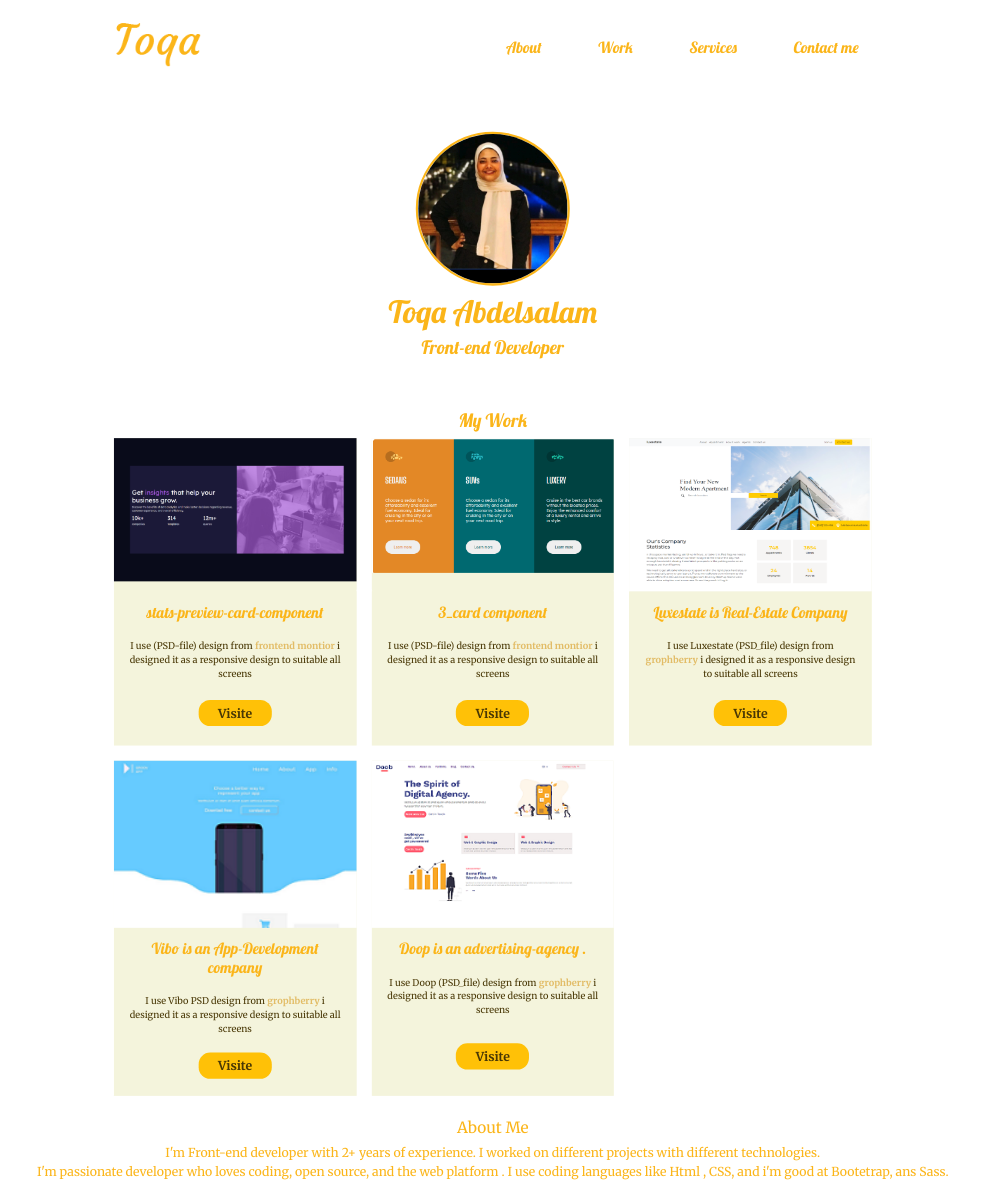
Repository: Toqa-25/portfolio
Page: index.html
The author's editor kept a copy of each file at every save. The page is drawn from the files as they stood at one save, then again after the next save.
The browser window is 1280 px wide. The pictures show the whole page, at 77% of full size.
Some web fonts or font styles are not loaded; a fallback is used.

Above is the page before, as saved 2021-11-01 01:14:54.

### index.html
<!DOCTYPE html>
<html lang="en">
<head>
    <meta charset="UTF-8">
    <meta http-equiv="X-UA-Compatible" content="IE=edge">
    <meta name="viewport" content="width=device-width, initial-scale=1.0">
    <title>Toqa Portfolio</title>
      <!-- bootstrap file -->
      <link rel="stylesheet" href="css/all.min.css">
      <link rel="stylesheet" href="css/bootstrap.css">
      <!-- css file -->
      <link rel="stylesheet" href="css/style.css">
      <!-- fonts -->
      <link rel="preconnect" href="https://fonts.googleapis.com">
<link rel="preconnect" href="https://fonts.gstatic.com" crossorigin>
<link href="https://fonts.googleapis.com/css2?family=Lobster&family=Otomanopee+One&display=swap" rel="stylesheet">
<link rel="preconnect" href="https://fonts.googleapis.com">
<link rel="preconnect" href="https://fonts.gstatic.com" crossorigin>
<link href="https://fonts.googleapis.com/css2?family=Merriweather:ital,wght@0,300;0,400;0,700;0,900;1,300;1,400;1,700;1,900&display=swap" rel="stylesheet">
<link rel="preconnect" href="https://fonts.googleapis.com">
<link rel="preconnect" href="https://fonts.gstatic.com" crossorigin>
<link href="https://fonts.googleapis.com/css2?family=Bebas+Neue&family=Oswald:wght@200;300;400;500;600;700&display=swap" rel="stylesheet">
<link rel="preconnect" href="https://fonts.googleapis.com">
<link rel="preconnect" href="https://fonts.gstatic.com" crossorigin>
<link href="https://fonts.googleapis.com/css2?family=Montserrat:wght@100;200;300;400;500;600;700;800;900&family=PT+Sans:ital,wght@0,400;0,700;1,700&family=Roboto:wght@100;300;400;500;700;900&display=swap" rel="stylesheet">
</head>
<body>
        <!-- header section -->
    <header class="pad">
       <div class="container">
         <div class="header-content">
           <div class="header-logo">
             <img src="images/logo.png" alt="logo">
           </div>
           <div class="bar">
             <svg xmlns="http://www.w3.org/2000/svg" width="35" height="35" fill="#fbb519" class="bi bi-list" viewBox="0 0 16 16">
               <path fill-rule="evenodd" d="M2.5 12a.5.5 0 0 1 .5-.5h10a.5.5 0 0 1 0 1H3a.5.5 0 0 1-.5-.5zm0-4a.5.5 0 0 1 .5-.5h10a.5.5 0 0 1 0 1H3a.5.5 0 0 1-.5-.5zm0-4a.5.5 0 0 1 .5-.5h10a.5.5 0 0 1 0 1H3a.5.5 0 0 1-.5-.5z"/>
             </svg>
              <ul class="hidden-list unlist list">
              <li>About</li>
              <li>Work</li>
              <li>Services</li>
              <li>Contact me</li>
              <li>Reviews</li>
            </ul>
           </div>
           <div class="header-nav">
             <ul class="list unlist">
                 <li>About</li>
                 <li>Work</li>
                 <li>Services</li>
                 <li>Contact me</li>
                 <!-- <li>Reviews</li> -->
             </ul>

           </div>
         </div>
         </div>
        </header><!-- end header section -->
        <!-- information  section -->
    <section  class="inform pad">
      <div class="main-inform " role="main">
        <div class="inform-info">
        <img src="images/toqa.jpg" alt=""><br>
        <h1>Toqa Abdelsalam</h1>
        <h4>Front-end Developer</h4>
      </div>
      </div>
    </section> <!-- end information  section -->

      <!-- my-work  section -->
      <section class="pad work">
        <div class="container">
          <h4 class="work-head">My Work</h4>
          <div class="work-content">
      <div class="work-card" role="menu">
        <div class="card-img">
          <img src="images/my-work/preview-card/desktop_stats-preview-card-component-main_.png" alt="">
        </div>
        <div class="card-info">
          <h5 class="card-title">stats-preview-card-component </h5>
          <p class="card-info-text"> I use  (PSD-file) design from <span> <a href="https://www.frontendmentor.io/">frontend montior</a></span>
        i designed it as a responsive design to suitable all screens
         </p>
      <button class="card-button"><a href="https://toqa-25.github.io/stats-preview-card-component-main/">Visite</a></button>
        </div>
 </div>
      <div class="work-card" role="menu">
        <div class="card-img">
          <img src="images/my-work/3-card-component/desktop_3-cards-component_.png" alt="">
        </div>
        <div class="card-info">
          <h5 class="card-title">3_card component </h5>
          <p class="card-info-text"> I use  (PSD-file) design from <span> <a href="https://www.frontendmentor.io/">frontend montior</a></span>
        i designed it as a responsive design to suitable all screens
         </p>
      <button class="card-button"><a href="https://toqa-25.github.io/stats-preview-card-component-main/">Visite</a></button>
        </div>
 </div>
      <div class="work-card" role="menu">
        <div class="card-img">
          <img src="images/my-work/luxestate/destop-luxestate - Copy (1).png" alt="">
        </div>
        <div class="card-info">
          <h5 class="card-title">Luxestate is Real-Estate Company  </h5>
          <p class="card-info-text">I use Luxestate (PSD_file) design from <span> <a href="https://www.graphberry.com/">grophberry</a></span>
    i designed it as a responsive design to suitable all screens
         </p>
      <button class="card-button"><a href="https://toqa-25.github.io/stats-preview-card-component-main/">Visite</a></button>
        </div>
 </div>
      <div class="work-card" role="menu">
        <div class="card-img">
          <img src="images/my-work/vibo/Vibo_App(desktop)_toqa-25.github.io2.png" alt="">
        </div>
        <div class="card-info">
          <h5 class="card-title">Vibo is an App-Development company</h5>
          <p class="card-info-text">I use Vibo PSD design from <span> <a href="https://www.graphberry.com/">grophberry</a></span>
                  i designed it as a responsive design to suitable all screens
         </p>
      <button class="card-button"><a href="https://toqa-25.github.io/stats-preview-card-component-main/">Visite</a></button>
        </div>
 </div>
      <div class="work-card" role="menu">
        <div class="card-img">
          <img src="images/my-work/simple/web_design.png" alt="">
        </div>
        <div class="card-info">
          <h5 class="card-title">Doop is an advertising-agency .</h5>
          <p class="card-info-text doop-text">I use Doop (PSD_file) design from <span> <a href="https://www.graphberry.com/">grophberry</a></span>
            i designed it as a responsive design to suitable all screens
         </p>
      <button class="card-button"><a href="https://toqa-25.github.io/stats-preview-card-component-main/">Visite</a></button>
        </div>
 </div>
      <!--

      <div class="project card" role="menu">
          <img src="images/web_design.png" alt="">
          <p>Doop is an advertising-agency .
        I use Doop (PSD_file) design from <span> <a href="https://www.graphberry.com/">grophberry</a></span>
    i designed it as a responsive design to suitable all screens <br>
    <button><a href="https://toqa-25.github.io/simply-agency/">Visit </a></button>
   </p>
   </div>
   <div class="project card" role="menu">
    <img src="images/toqa-25.github.io_landing-meeting-page_desktop.png" alt="">
    <p>Metting landing page
  I use  design from <span> <a href="https://www.frontendmentor.io/">grophberry</a></span>
i designed it as a responsive design to suitable all screens <br>
<button><a href="https://toqa-25.github.io/landing-meeting-page/">Visite</a></button>
</p>
</div> -->
   </div>
   </div>
      </section>

      <section class="section about">

          <h5>About Me</h5>
      <p> I'm Front-end developer with 2+ years of experience. I worked on different projects with different technologies. <br>
       I'm passionate developer who loves coding, open source, and the web platform .
       I use coding languages like Html , CSS, and i'm good at Bootetrap, ans Sass. </p>
      </section>

</body>
</html>

### css/style.css
/*
    public style
***********************
*/
:root{
    --main-color:#fbb519;
    --section-padding:30px;
}
* {
    box-sizing: border-box;
    margin: 0;
    padding: 0;
}
body{
    font-family: 'Merriweather', serif;
    color:var(--main-color);
}
.pad{
    padding: var(--section-padding) 0;
}
.container
{
  width: 80%;
  margin:auto;
  padding: 0 20px;
}

 .unlist{
     list-style: none;
 }
 a{
     text-decoration: none;
 }
/*
    header style
***********************
*/
 header{
    font-family: 'Lobster', cursive;
 }
 .header-content{
    display: flex;
}
.header-logo{
    width:50%;
}
.bar{
    position: relative;
    display: none;
    margin: auto 20px;
     transition: .2s;
     cursor: pointer;
     width: 50%;
    /* text-align: right; */
    justify-content: flex-end;
}
 .header-nav{
   min-width: 50%;
    display: flex;
    justify-content: flex-end;
 }
 .header-nav .list{
     width: 100%;
     display: flex;
     justify-content: space-between;
     align-items: center;
     padding: 17px;
 }
  .list li{
     font-size: 20px;
     transition: .2s;
     -webkit-transition: .2s;
     -moz-transition: .2s;
     -ms-transition: .2s;
     -o-transition: .2s;
     cursor: pointer;
     margin-bottom: 2px;
    }
     .list li:hover{
        border-bottom: 2px solid var(--main-color);
    }
    .hidden-list{
         text-align: center;
         position: absolute;
         width: 120px;
         top: 3px;
         right: -70px;
         background-color: #f5f5dc91;
         padding: 10px;
         border-radius: 25px;
         -webkit-border-radius: 25px;
         -moz-border-radius: 25px;
         -ms-border-radius: 25px;
         -o-border-radius: 25px;
         transition: .2s;
         -webkit-transition: .2s;
         -moz-transition: .2s;
         -ms-transition: .2s;
         -o-transition: .2s;
         visibility: hidden;
         display: none;
}
/* media quary for header*/
 @media (max-width: 991px){
   .header-nav {
      display: none;
  }
  .bar{
      display: flex;
  }
  .bar:hover .hidden-list{
    visibility: visible;
    display: block;
  }
}
/*
    my-information&image style
  ********************************
 */
 .main-inform{
     color: var(--main-color);
    text-align: center;
    height: 300px;
    display: flex;
    align-items: center;
    justify-content: center;
    font-family: 'Lobster', cursive;
}
.main-inform img{
    width: 200px;
    height: 200px;
    border:3px solid;
    border-radius: 50%;
    -webkit-border-radius: 50%;
     -moz-border-radius: 50%;
     -ms-border-radius: 50%;
     -o-border-radius: 50%;
     margin-bottom: 10px;
    }
/*
    my-work style
********************************
*/
.work{
text-align: center;
}
 .work-content{
    display: grid;
    grid-template-columns:repeat(3,1fr);
    grid-template-rows: minmax(1fr,350px);
    gap:20px;
 }
 .work .work-head{
    text-align: center;
    font-family: 'Lobster';
 }
 .work-card{
 background-color: #f5f5dce8;
 }
 .card-img{
     width:100%;
     height:50%;
     background-color: #f5f5dce8;
 }
 .card-img img{
     width:100%;
     max-height: 100%;
     transition: .2s;
     -webkit-transition: .2s;
     -moz-transition: .2s;
     -ms-transition: .2s;
     -o-transition: .2s;
}

 .card-img img:hover{
   transform: scale(1.1);
   -webkit-transform: scale(1.1);
   -moz-transform: scale(1.1);
   -ms-transform: scale(1.1);
   -o-transform: scale(1.1);
}
 .card-info{
     display: flex;
    flex-direction: column;
    justify-content: space-between;
     text-align: center;
     width: 100%;
     height: 50%;
    background-color: #f5f5dce8;
    padding: 15px;
 }
 .card-title{
         font-family: 'Lobster', cursive;
 }

.card-info-text{
    margin:15px 0;
    font-size: 12px;
    font-weight: 400;
    /* padding: 2px; */
    text-align: center;
    color:#483705;
}
.card-info-text a{
    text-decoration: none;
    color: #e2bc66;
    font-weight: bolder;
}
/* .card p{
  margin:15px 0 ;
} */

.card-button{
    width: 95px;
    text-align: center;
    background-color: #ffc107;
     color:#483705;
    border: none;
    margin: auto;
    border-radius: 15px;
    padding: 5px;
    /*margin-top: 7px; */
    transition: .2s;
    -webkit-transition: .2s;
    -moz-transition: .2s;
    -ms-transition: .2s;
    -o-transition: .2s;
    font-weight: bold;
}
.card-button:hover{
     transform: scale(1.1);
     -webkit-transform: scale(1.1);
      -moz-transform: scale(1.1);
      -ms-transform: scale(1.1);
       -o-transform: scale(1.1);
}
.card-button a{
    text-decoration: none;
    color: #483705;
}

.about{
    text-align: center;

}

/*
media quary style
***************************************
//extra small devices @media (maxwidth:575px)
//small devices @media (maxwidth:767px)
//medium devices @media (maxwidth:991px)
//large devices @media (maxwidth:1199px)
*/
/* .card {
    width: 100%;
    height: 100%;
    position: relative;
    display: flex;
    flex-direction: column;
    min-width: 0;
    word-wrap: break-word;
    background-color: black;
    background-clip: border-box;
    border: 4px solid var(--main-color);
    border-radius: 0.3rem;
}

.card img{
    max-width:100%;
    max-height: 150px;
    border-bottom: 3px solid;
} */

Loaded but not shown: css/all.min.css (library); css/bootstrap.css (library)

After the next save:
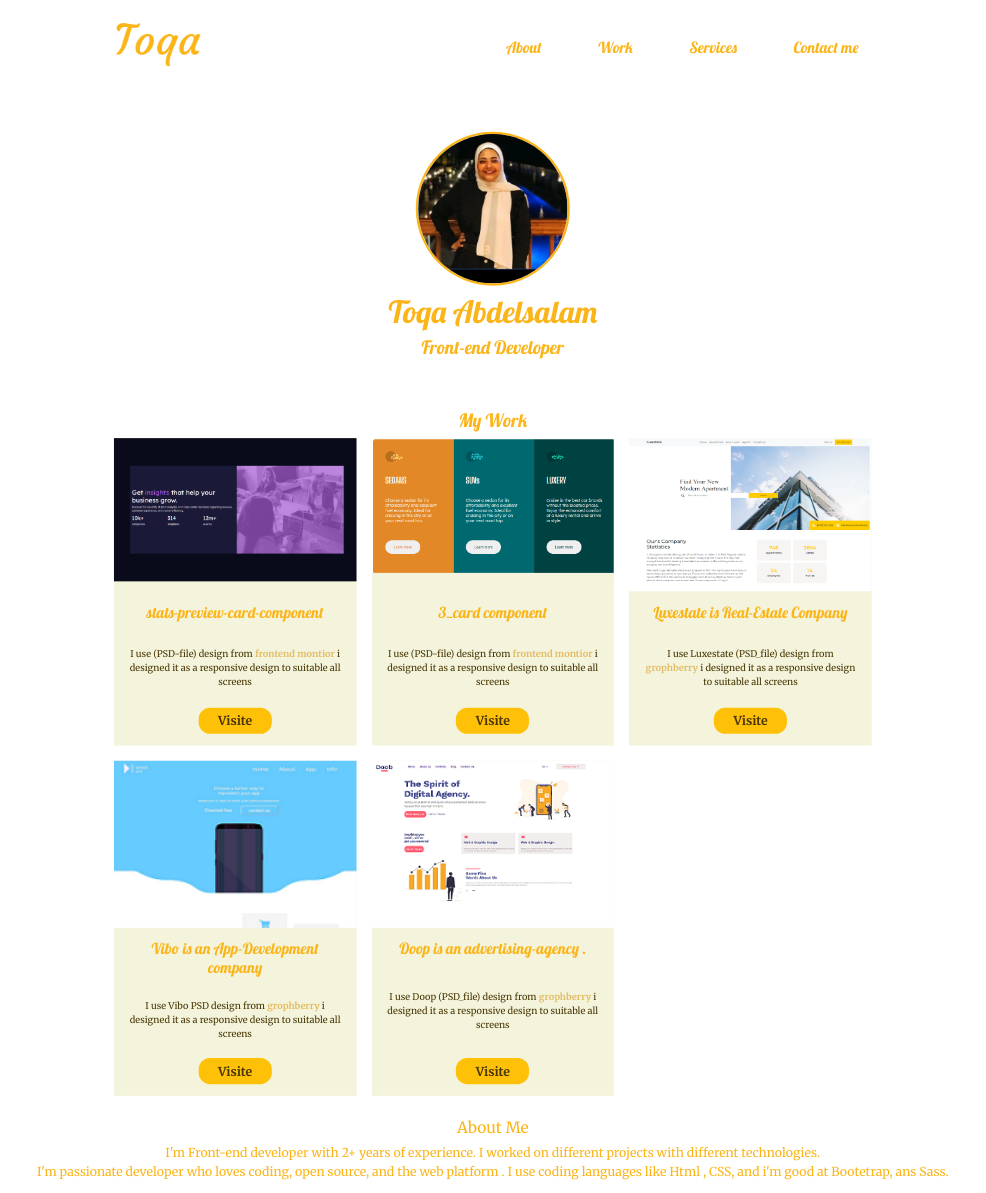
Saved 12 s later.
--- a/css/style.css
+++ b/css/style.css
@@ -216,7 +216,7 @@ text-align: center;
     background-color: #ffc107;
      color:#483705;
     border: none;
-    margin: auto;
+    margin: 0 auto;
     border-radius: 15px;
     padding: 5px;
     /*margin-top: 7px; */
